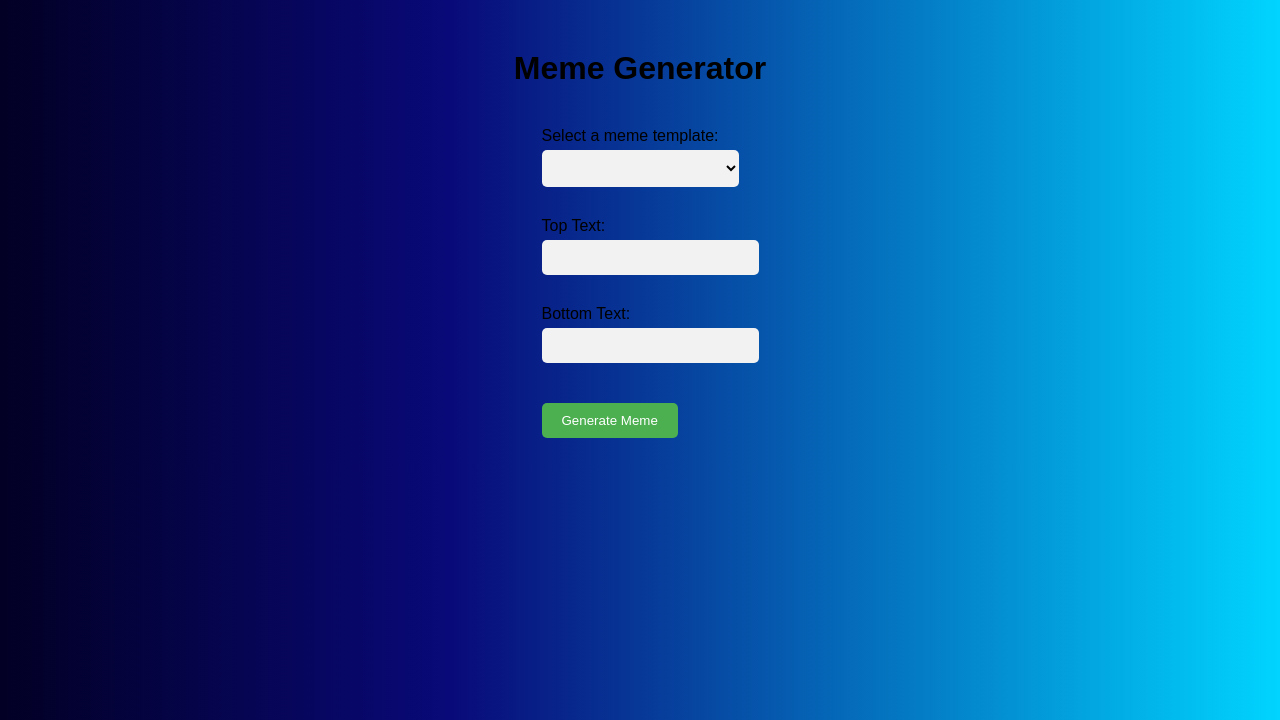
Repository: lvcg/memegenerator
Page: index.html
The author's editor kept a copy of each file at every save. The page is drawn from the files as they stood at one save, then again after the next save.
The browser window is 1280 px wide. The pictures show the whole page.
The page's requests for data from a server got no answer.

Above is the page before, as saved 2023-03-01 00:15:40.

After the next save:
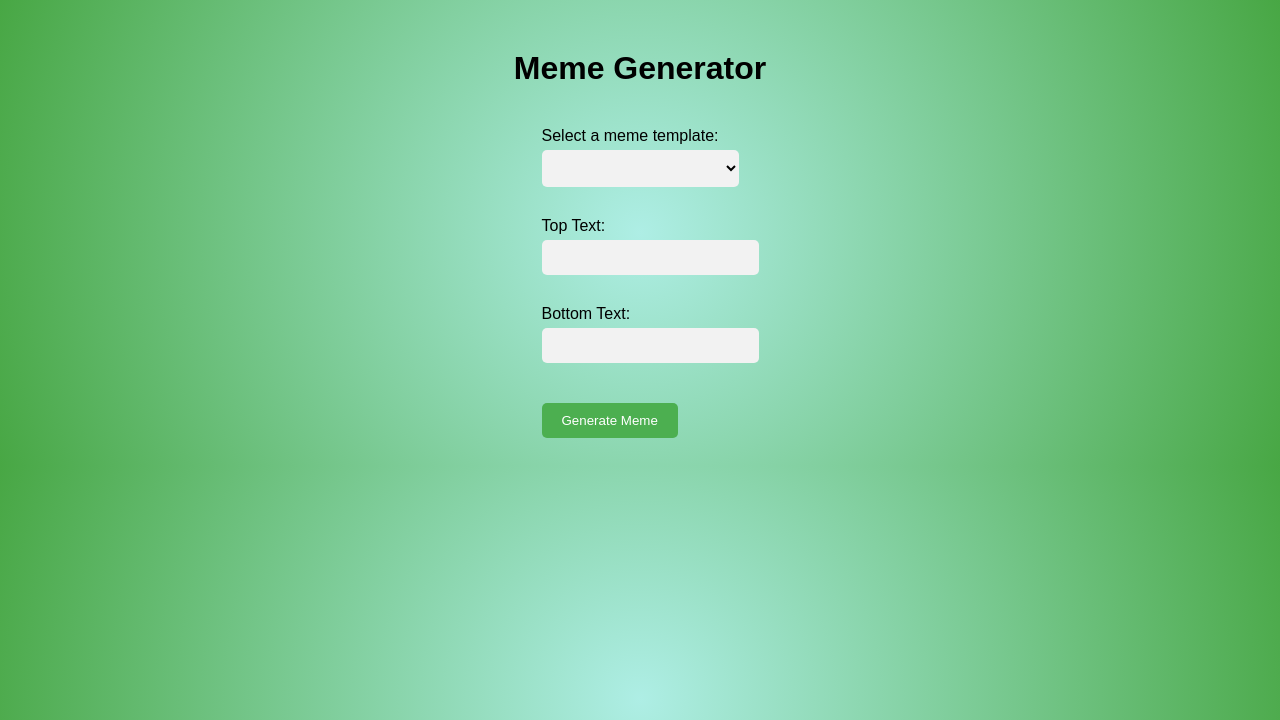
Saved 2 min 53 s later.
--- a/style.css
+++ b/style.css
@@ -1,6 +1,6 @@
 body {
-    background: rgb(2,0,36);
-    background: linear-gradient(90deg, rgba(2,0,36,1) 0%, rgba(9,9,121,1) 35%, rgba(0,212,255,1) 100%);
+    background: rgb(174,238,229);
+background: radial-gradient(circle, rgba(174,238,229,1) 0%, rgba(72,167,68,1) 100%);
 	font-family: Arial, sans-serif;
 	text-align: center;
 }
